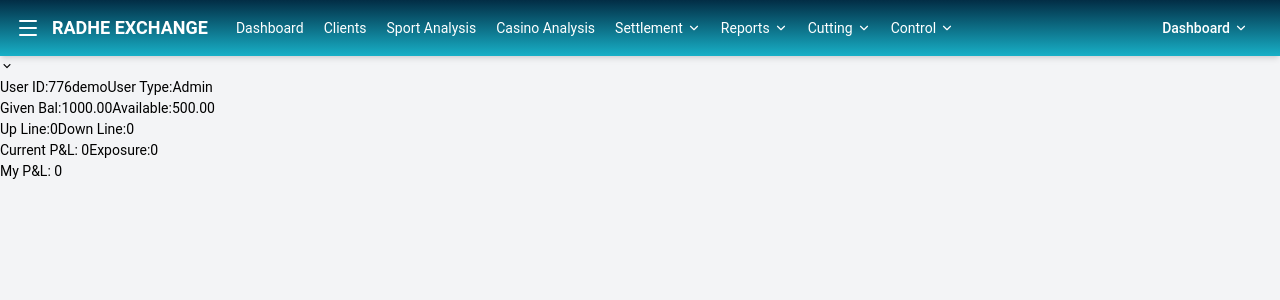
Repository: Habeebur1493/Radhe-Exchange
Page: /dashboard (app in frontend/)
These files come from the project's save history. The page is drawn as it stood at one moment and after the next save; the edit follows.
The browser window is 1280 px wide. The pictures show the whole page.
Some web libraries are served in a nearby version. The project was rebuilt for these pictures with package versions that can differ from the ones it lists, and the page was loaded fresh each time. Also part of the build but not shown: frontend/vite.config.js, frontend/src/components/login.jsx, frontend/src/components/Register.jsx.

Above is the page before, as saved 2025-03-03 18:26:33.

After the next save:
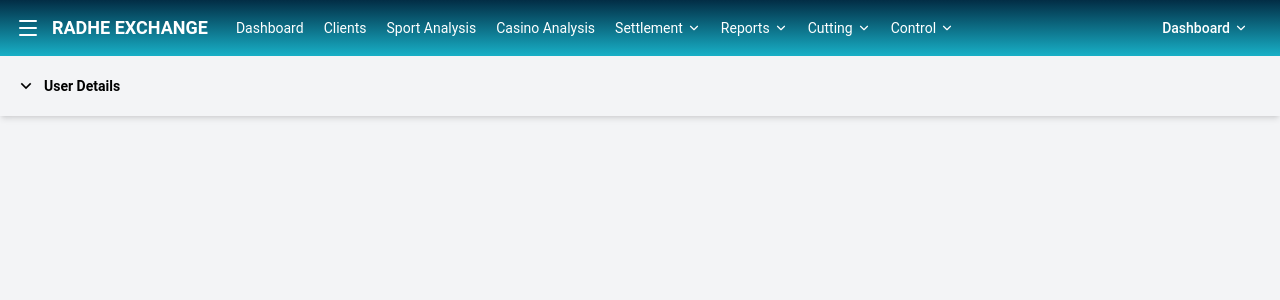
Saved 23 s later.
--- a/frontend/src/components/dashboard.jsx
+++ b/frontend/src/components/dashboard.jsx
@@ -215,51 +215,57 @@ const Dashboard = () => {
       </nav>
 
       {/* Header */}
-      <header>
-        <div>
-          <i class="ri-arrow-down-s-line"></i>
-          <div>
-            <div>
-              <label htmlFor="">
-                User ID:<span>776demo</span>
-              </label>
-              <label htmlFor="">
-                User Type:<span>Admin</span>
-              </label>
-            </div>
-            <div>
-              <label htmlFor="">
-                Given Bal:<span>1000.00</span>
-              </label>
-              <label htmlFor="">
-                Available:<span>500.00</span>
-              </label>
-            </div>
-            <div>
-              <label htmlFor="">
-                Up Line:<span>0</span>
-              </label>
-              <label htmlFor="">
-                Down Line:<span>0</span>
-              </label>
-            </div>
-            <div>
-              <label htmlFor="">
-                Current P&L: <span>0</span>
-              </label>
-              <label htmlFor="">
-                Exposure:<span>0</span>
-              </label>
-            </div>
-            <div>
-              <label htmlFor="">
-                My P&L: <span>0</span>
-              </label>
-
+      <header className="bg-gray-100 p-4 shadow-md">
+      {/* Dropdown Toggle */}
+      <div className="cursor-pointer flex items-center space-x-2" onClick={() => setIsOpen(!isOpen)}>
+        <i className={`ri-arrow-down-s-line text-xl transition-transform ${isOpen ? "rotate-180" : ""}`}></i>
+        <span className="font-semibold">User Details</span>
+      </div>
+
+      {/* Dropdown Content */}
+      {isOpen && (
+        <div className="mt-2 bg-white p-4 shadow-lg rounded-lg transition-all duration-300">
+          <div className="grid grid-cols-3 gap-4 text-gray-800">
+            <div>
+              <label className="block font-semibold">User ID:</label>
+              <span>776demo</span>
+            </div>
+            <div>
+              <label className="block font-semibold">User Type:</label>
+              <span>Admin</span>
+            </div>
+            <div>
+              <label className="block font-semibold">Given Bal:</label>
+              <span>1000.00</span>
+            </div>
+            <div>
+              <label className="block font-semibold">Available:</label>
+              <span>500.00</span>
+            </div>
+            <div>
+              <label className="block font-semibold">Up Line:</label>
+              <span>0</span>
+            </div>
+            <div>
+              <label className="block font-semibold">Down Line:</label>
+              <span>0</span>
+            </div>
+            <div>
+              <label className="block font-semibold">Current P&L:</label>
+              <span>0</span>
+            </div>
+            <div>
+              <label className="block font-semibold">Exposure:</label>
+              <span>0</span>
+            </div>
+            <div>
+              <label className="block font-semibold">My P&L:</label>
+              <span>0</span>
             </div>
           </div>
         </div>
-      </header>
+      )}
+    </header>
 
       {/* Sidebar */}
       {sidebarOpen && (
